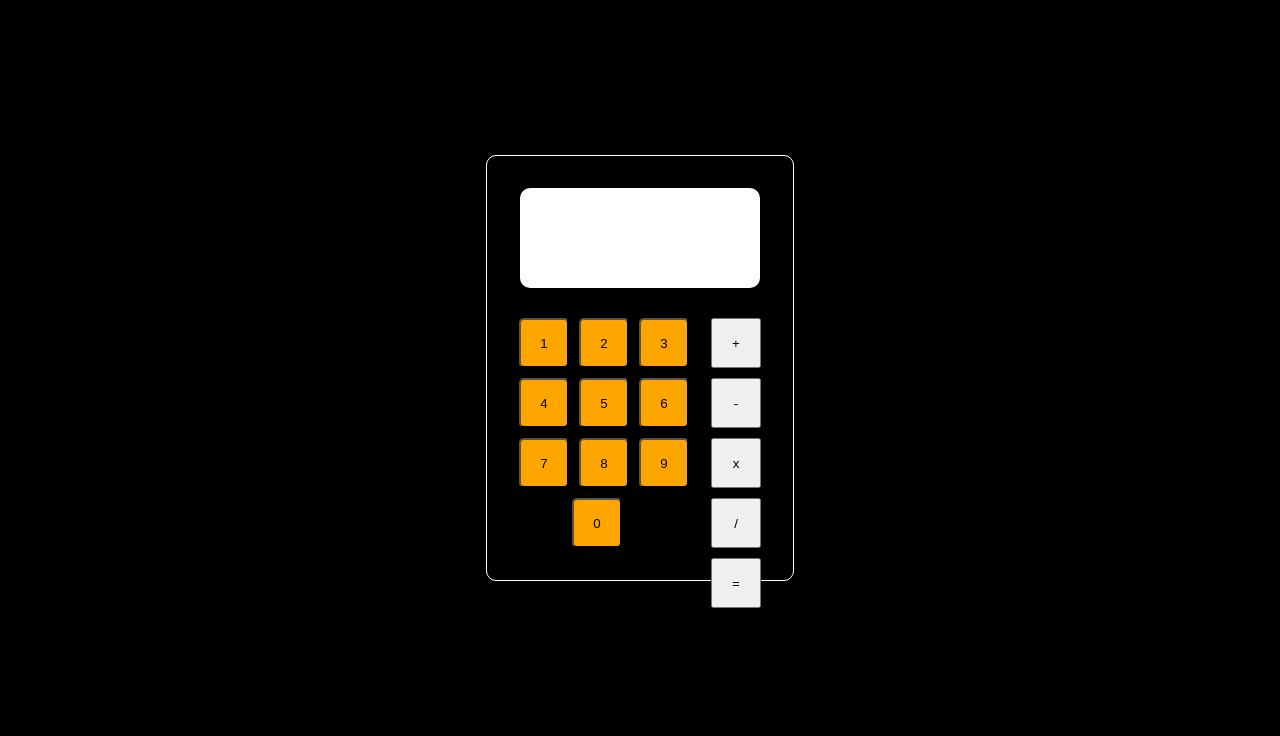
Repository: askan-ken/Simple-calculator
Page: index.html
An editor plug-in stored every save of this project. The page is shown before and after a run of saves, followed by the edit.
The browser window is 1280 px wide. The pictures show the whole page.

Above is the page before, as saved 2023-02-17 05:11:33.
Console error: TypeError: Cannot read properties of null (reading 'addEventListener')

### index.html
<!DOCTYPE html>
<html lang="en">
<head>
  <meta charset="UTF-8">
  <meta http-equiv="X-UA-Compatible" content="IE=edge">
  <meta name="viewport" content="width=device-width, initial-scale=1.0">
  <title>Calculator</title>
  <link rel="stylesheet" href="./style.css">
  <script src="./script.js"></script>
</head>
<style>
  body{
    height: 100vh;
    background-color: black;
    color: white;
    display: flex;
    justify-content: center;
    align-items: center;
  }
</style>
<body>
  <div class="container">
    <div class="display">
      <div class="displays" id="display">

      </div>
    </div>
    <div class="buttons">
      <div class="number">
        <button class="numbers">1</button>
        <button class="numbers">2</button>
        <button class="numbers">3</button>
        <button class="numbers">4</button>
        <button class="numbers">5</button>
        <button class="numbers">6</button>
        <button class="numbers">7</button>
        <button class="numbers">8</button>
        <button class="numbers">9</button>
        <button class="numbers zero">0</button>
      </div>
      <div class="operator">
        <button class="operators">+</button>
        <button class="operators">-</button>
        <button class="operators">x</button>
        <button class="operators">/</button>
        <button class="operators">=</button>
      </div>
    </div>
  </div>
</body>
</html>

### style.css
.container {
  display: flex;
  flex-direction: column;
  justify-content: center;
  align-items: center;
  gap: 30px;
  border: 1px solid white;
  border-radius: 10px;
  padding: 2rem;
  -webkit-border-radius: 10px;
  -moz-border-radius: 10px;
  -ms-border-radius: 10px;
  -o-border-radius: 10px;
}
.displays {
  width: 240px;
  height: 100px;
  background-color: white;
  border-radius: 10px;
  -webkit-border-radius: 10px;
  -moz-border-radius: 10px;
  -ms-border-radius: 10px;
  -o-border-radius: 10px;
}
.buttons {
  display: grid;
  grid-template-columns: 180px 50px;
  grid-template-rows: 230px;
  grid-column-gap: 12px;
  grid-row-gap: 0px;
}
.number {
  display: grid;
  grid-template-columns: repeat(3, 50px);
  grid-template-rows: repeat(4, 50px);
  grid-column-gap: 10px;
  grid-row-gap: 10px;
}
.numbers {
  background-color: orange;
  border-radius: 5px;
  -webkit-border-radius: 5px;
  -moz-border-radius: 5px;
  -ms-border-radius: 5px;
  -o-border-radius: 5px;
  cursor: pointer;
}
.zero {
  position: relative;
  left: 53px;
}

.operator {
  display: grid;
  grid-template-columns: 50px;
  grid-template-rows: repeat(5, 50px);
  grid-column-gap: 0px;
  grid-row-gap: 10px;
}

### script.js
const plus = document.getElementById('plus');
const minus = document.getElementById('minus');
const counts = document.querySelectorAll('#count');


function addNumber(number) {
    for(let i = 0 ; i < counts.length; i++){
        counts[i].textContent = parseInt(counts[i].textContent) + number
    }
}
function subtractNumber(number) {
    for(let i = 0; i < counts.length; i++){
        counts[i].textContent = parseInt(counts[i].textContent) - number
    }
}


plus.addEventListener('click', function(){
    addNumber(1)
})

minus.addEventListener('click', function(){
    subtractNumber(1)
})

After the next 16 saves:
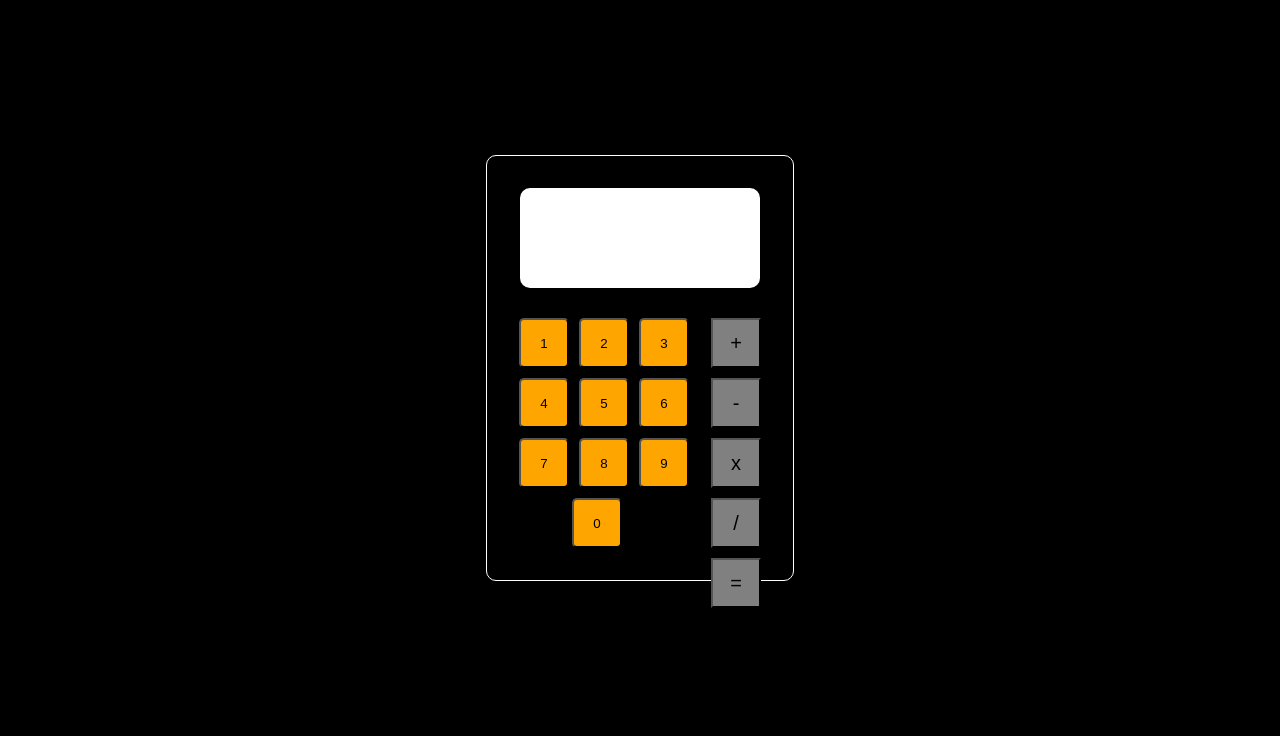
The 16 saves are shown as one change because they came seconds apart.
The last was saved 31 s later.
--- a/style.css
+++ b/style.css
@@ -57,3 +57,8 @@
   grid-column-gap: 0px;
   grid-row-gap: 10px;
 }
+.operators{
+    background-color: gray;
+    color: black;
+    font-size: 20px;
+}
